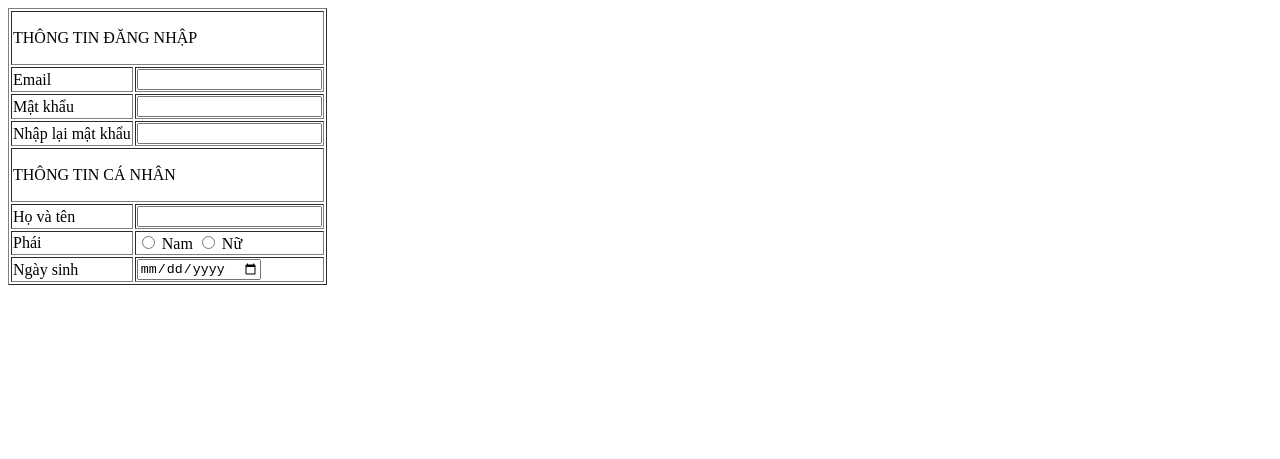
Repository: Vanh260703/Java-Servlet
Page: Bai1_HelloWorld/src/main/webapp/vidu.html
These files come from the project's save history. The page is drawn as it stood at one moment and after the next save; the edit follows.
The browser window is 1280 px wide. The pictures show the whole page.

Above is the page before, as saved 2025-02-28 16:05:27.

### Bai1_HelloWorld/src/main/webapp/vidu.html
<!DOCTYPE html>
<html>
<head>
<meta charset="UTF-8">
<title>Insert title here</title>
</head>
<body>
	<table border = "1">
		<tbody>
			<tr>
				<td colspan = "2"><p>THÔNG TIN ĐĂNG NHẬP</p></td>
			</tr>
			<tr>
				<td>
					<label>Email</label>
				</td>
				<td>
					<input type = "email">
				</td>
			</tr>
			<tr>
				<td>
					<label>Mật khẩu</label>
				</td>
				<td>
					<input type = "password">
				</td>
			</tr>
			<tr>
				<td>
					<label>Nhập lại mật khẩu</label>
				</td>
				<td>
					<input type = "password">
				</td>
			</tr>
			<tr>
				<td colspan = "2"><p>THÔNG TIN CÁ NHÂN</p></td>
			</tr>
			<tr>
				<td>
					<label>Họ và tên</label>
				</td>
				<td>
					<input type = "text">
				</td>
			</tr>
			<tr>
				<td>
					<label>Phái</label>
				</td>
				<td>
					<input type = "radio" id = "male" name = "male" value = "male">
					<label for = "male">Nam</label>
					<input type = "radio" id = "female" name = "female" value = "female">
					<label for = "male">Nữ</label>
				</td>
			</tr>
			<tr>
				<td>
					<label>Ngày sinh</label>
				</td>
				<td>
					<input type = "date">
				</td>
			</tr>

		</tbody>
	</table>

</body>
</html>

After the next save:
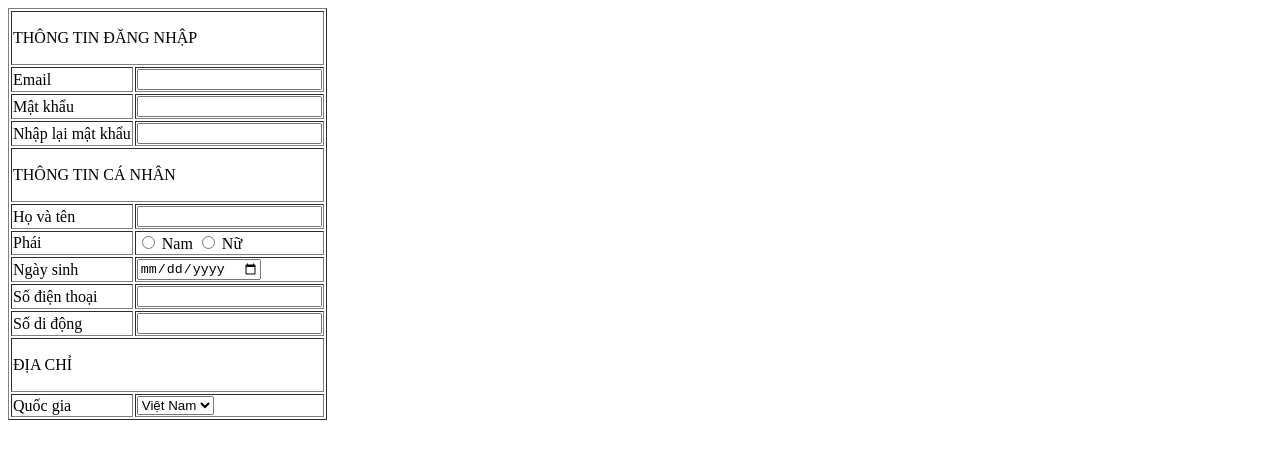
Saved 5 min 52 s later.
--- a/Bai1_HelloWorld/src/main/webapp/vidu.html
+++ b/Bai1_HelloWorld/src/main/webapp/vidu.html
@@ -64,7 +64,37 @@
 					<input type = "date">
 				</td>
 			</tr>
-
+			<tr>
+				<td>
+					<label>Số điện thoại</label>
+				</td>
+				<td>
+					<input type = "number">
+				</td>
+			</tr>
+			<tr>
+				<td>
+					<label>Số di động</label>
+				</td>
+				<td>
+					<input type = "tel">
+				</td>
+			</tr>
+			<tr>
+				<td colspan = "2"><p>ĐỊA CHỈ</p></td>
+			</tr>
+			<tr>
+				<td>
+					<label>Quốc gia</label>
+				</td>
+				<td>
+					<select name = "region" id = "region">
+						<option value = "VietNam">Việt Nam</option>
+						<option value = "English">Anh</option>
+						<option value = "American">Mỹ</option>
+					</select>
+				</td>
+			</tr>
 		</tbody>
 	</table>
 
